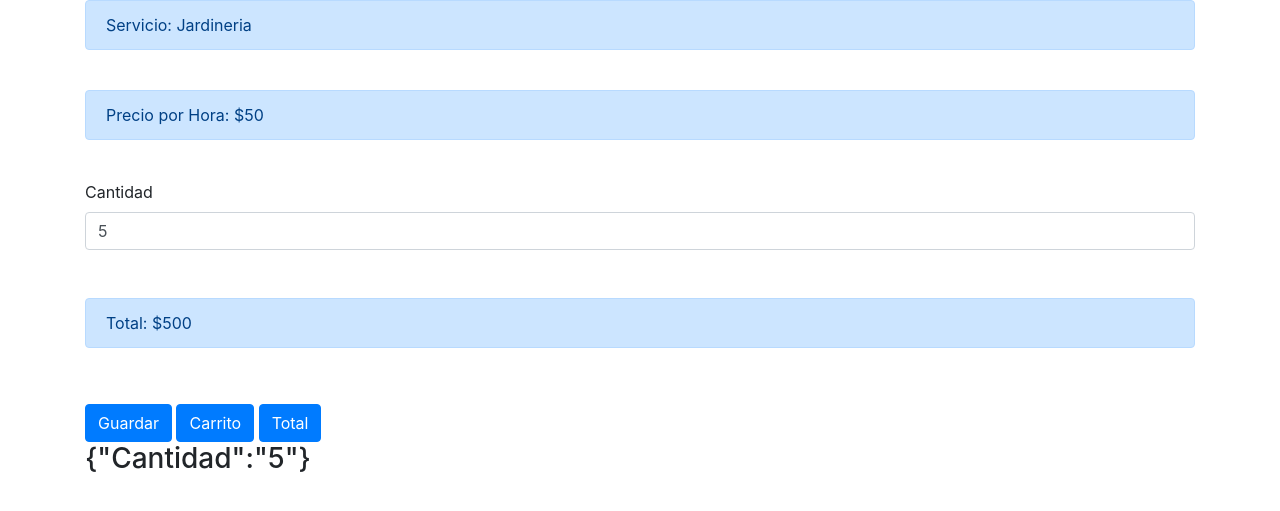
Repository: Alemartinez97/New-Repository
Page: programacion-3/tp4/carrito/detalleCompra/servicio.html
An editor plug-in stored every save of this project. The page is shown before and after the next save, followed by the edit.
The browser window is 1280 px wide. The pictures show the whole page.
Empty fields were first filled with sample values (such as "Sample", 5 or name@example.com).
After loading, the first visible `button.btn` was clicked once.

Above is the page before, as saved 2020-06-18 18:01:40.

After the next save:
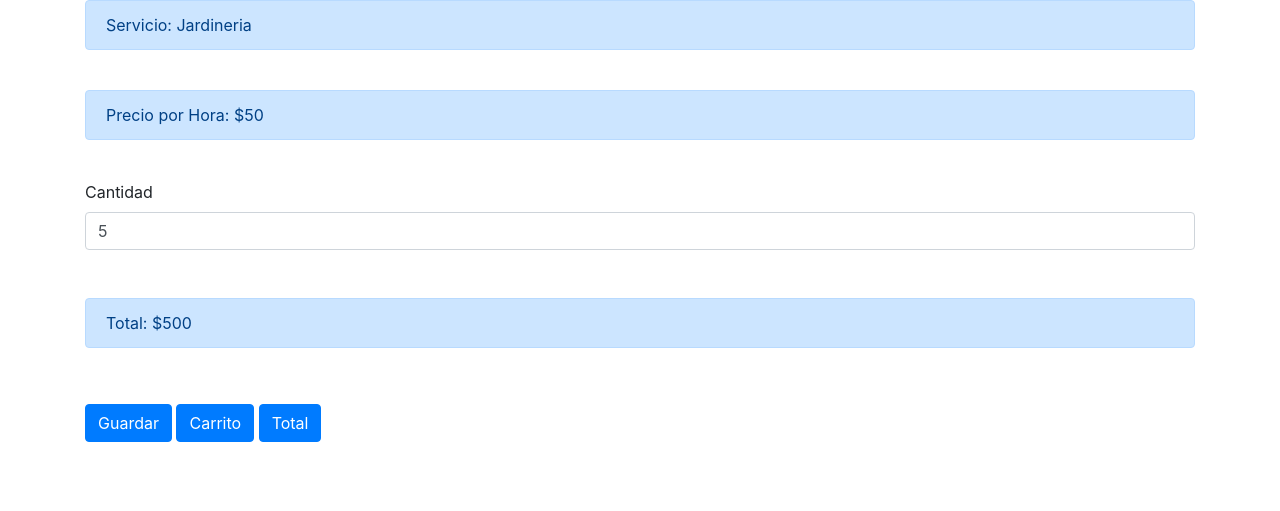
Console error: TypeError: Cannot read properties of null (reading 'value')
Saved 64 s later.
--- a/programacion-3/tp4/js/carrito.js
+++ b/programacion-3/tp4/js/carrito.js
@@ -2,16 +2,16 @@
 
 
     let cantidad = document.getElementById("cantidad").value;
-    // let nombre = document.getElementById("nombre").value;
-    // let descripcion = document.getElementById("descripcion").value;
+    let nombre = document.getElementById("nombre").value;
+    let descripcion = document.getElementById("descripcion").value;
 
-    let request = { Cantidad: cantidad};
+    let request = { cantidad: cantidad, nombre: nombre, descripcion: descripcion};
 
         document.getElementById("resultado").innerHTML = JSON.stringify(request);
-        console.log("Producto o Servicio  agregado: ",request);
+        console.log("Detalle Tarea: ",request);
         setTimeout(function() {
             debugger
-            alert("Agregado con exito");
+            alert("Enviado");
             document.getElementById("resultado").innerHTML = JSON.stringify(request) + "... Enviada exitosamente";
         }, 3000);
     }

After the save that followed:
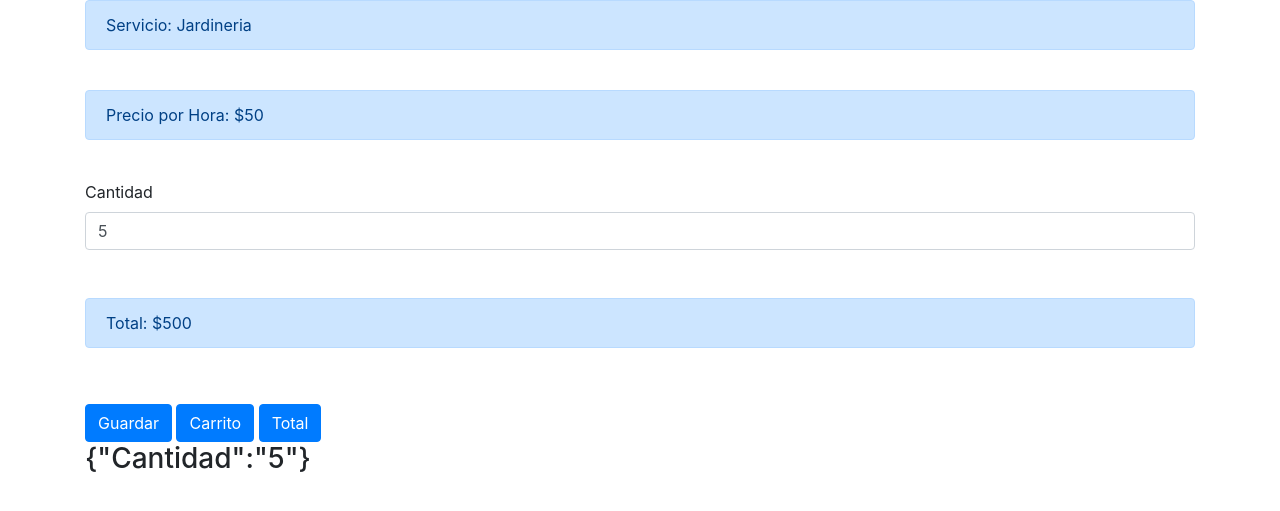
The error is gone.
Saved 17 s later.
--- a/programacion-3/tp4/js/carrito.js
+++ b/programacion-3/tp4/js/carrito.js
@@ -2,16 +2,16 @@
 
 
     let cantidad = document.getElementById("cantidad").value;
-    let nombre = document.getElementById("nombre").value;
-    let descripcion = document.getElementById("descripcion").value;
+    // let nombre = document.getElementById("nombre").value;
+    // let descripcion = document.getElementById("descripcion").value;
 
-    let request = { cantidad: cantidad, nombre: nombre, descripcion: descripcion};
+    let request = { Cantidad: cantidad};
 
         document.getElementById("resultado").innerHTML = JSON.stringify(request);
-        console.log("Detalle Tarea: ",request);
+        console.log("Producto o Servicio  agregado: ",request);
         setTimeout(function() {
             debugger
-            alert("Enviado");
+            alert("Agregado con exito");
             document.getElementById("resultado").innerHTML = JSON.stringify(request) + "... Enviada exitosamente";
         }, 3000);
     }
